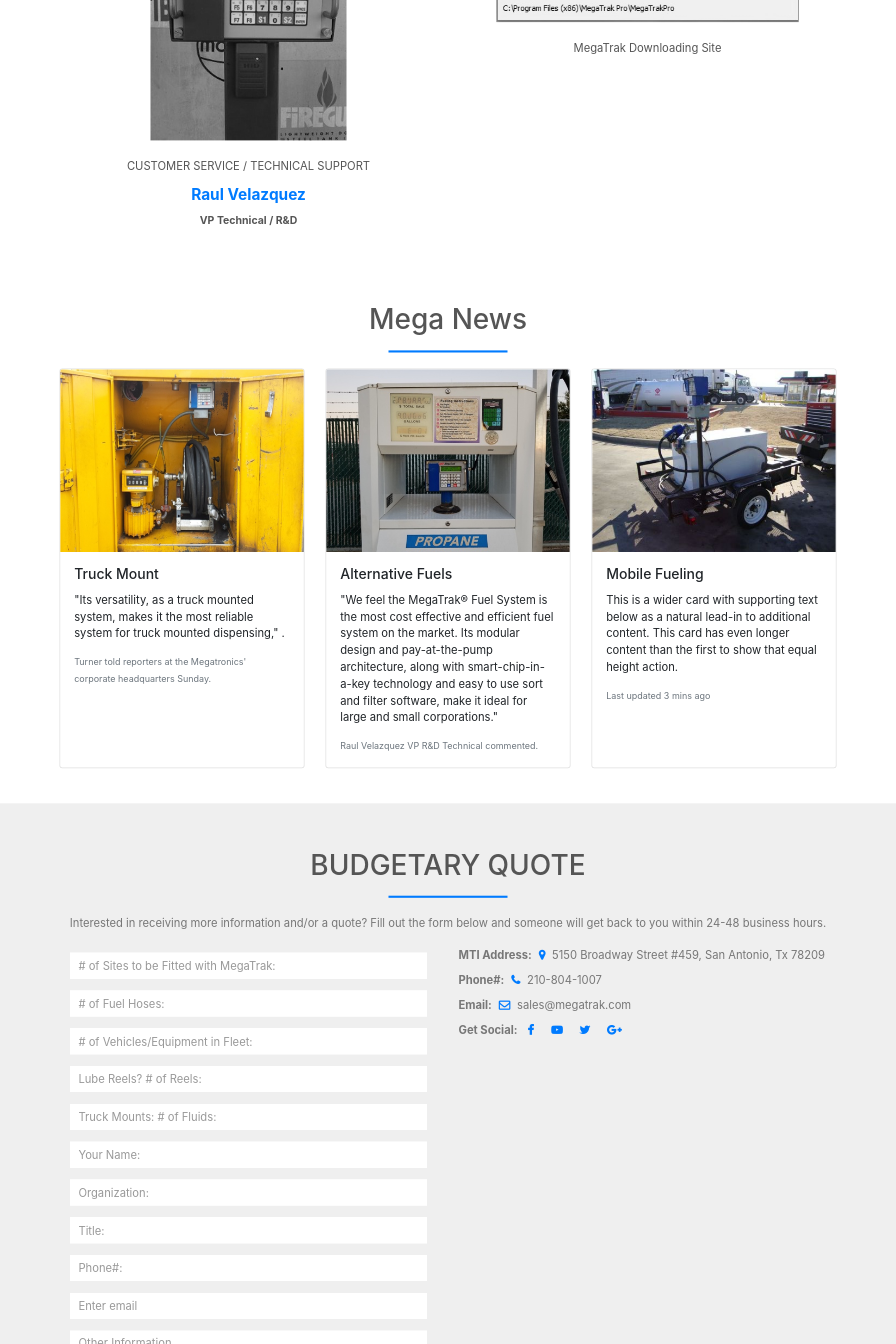
Repository: navegantemx/MegaTrak-Milestone-Project
Page: index.html
The author's editor kept a record of every edit. The page is drawn from the files as they stood at one moment, then again after the next edit.
The browser window is 1280 px wide. The pictures show the part of the page from y = 2292 to 4212 px (the page is 4473 px tall), at 70% of full size.
Backgrounds fixed to the window are drawn as part of the page.

Above is the page before.

### index.html
<!DOCTYPE html>
<html lang="en">
<head>
    <meta charset="UTF-8">
    <meta name="viewport" content="width=device-width, initial-scale=1.0">
    <meta http-equiv="X-UA-Compatible" content="ie=edge">
    <link rel="stylesheet" href="https://stackpath.bootstrapcdn.com/bootstrap/4.3.1/css/bootstrap.min.css" type="text/css" />
    <link rel="stylesheet" href="https://stackpath.bootstrapcdn.com/font-awesome/4.7.0/css/font-awesome.min.css" type="text/css" />
    <script src="https://code.jquery.com/jquery-3.3.1.slim.min.js"></script>
    <script src="https://cdnjs.cloudflare.com/ajax/libs/popper.js/1.14.7/umd/popper.min.js"></script>
    <script src="https://stackpath.bootstrapcdn.com/bootstrap/4.3.1/js/bootstrap.min.js"></script>
    <link rel="stylesheet" href="assets/css/style.css" type="text/css" />
    <title>MegaTrak - Automated Fuel Systems</title>
</head>
<body>

    <!-----------------------Web design idea taken from YouTube channel "Easy Tutorials" ------------>

    <!--------- "Navbar" feature was found in https://getbootstrap.com/docs/4.1/components/navbar --------->

    <!-----------------------Navigation Bar------------>

    <section id="nav-bar">
        <nav class="navbar navbar-expand-lg navbar-light">
            <a class="navbar-brand" href="#"><img src="assets/images/mt-logo.png"></a>
            <button class="navbar-toggler" type="button" data-toggle="collapse" data-target="#navbarNav" aria-controls="navbarNav" aria-expanded="false" aria-label="Toggle navigation">
            <span class="navbar-toggler-icon"></span></button>
            <div class="collapse navbar-collapse" id="navbarNav">
                <ul class="navbar-nav ml-auto"
                    <li class="nav-item">
                        <a class="nav-link" href="#top">HOME</a>
                    </li>
                    <li class="nav-item">
                        <a class="nav-link" href="#solutions">SOLUTIONS</a>
                    </li>
                    <li class="nav-item">
                        <a class="nav-link" href="#products">PRODUCTS</a>
                    </li>
                    <li class="nav-item">
                        <a class="nav-link" href="#support">SUPPORT</a>
                    </li>
                    <li class="nav-item">
                        <a class="nav-link" href="#news">NEWS</a>
                    </li>
                    <li class="nav-item">
                        <a class="nav-link" href="#contact">CONTACT</a>
                    </li>
                </ul>
            </div>
        </nav>
    </section>

    <!--------- ""Carousel" feature was found in Bootstrap 4.1 https://getbootstrap.com/docs/4.1/components/carousel --------->

    <!-----------------------Slider------------>

    <div id="slider">
        <div id="headerSlider" class="carousel slide" data-ride="carousel">
            <ol class="carousel-indicators">
                <li data-target="#headerSlider" data-slide-to="0" class="active"></li>
                <li data-target="#headerSlider" data-slide-to="1"></li>
                <li data-target="#headerSlider" data-slide-to="2"></li>
            </ol>
            <div class="carousel-inner">
                <div class="carousel-item active">
                    <img class="d-block img-fluid" src="assets/images/banner1.jpg">
                    <div class="carousel-caption">
                        <h5>CITIES AND COUNTIES</h5>
                    </div>
                </div>
                <div class="carousel-item">
                    <img class="d-block img-fluid" src="assets/images/banner2.jpg">
                    <div class="carousel-caption">
                        <h5>QUARRIES</h5>
                    </div>
                </div>
                <div class="carousel-item">
                    <img class="d-block img-fluid" src="assets/images/banner3.jpg">
                    <div class="carousel-caption">
                        <h5>TRANSPORTATION</h5>
                    </div>
                </div>
            </div>
            <a class="carousel-control-prev" href="#headerSlider" role="button" data-slide="prev">
                <span class="carousel-control-prev-icon" aria-hidden="true"></span>
                <span class="sr-only">Previous</span>
            </a>
            <a class="carousel-control-next" href="#headerSlider" role="button" data-slide="next">
                <span class="carousel-control-next-icon" aria-hidden="true"></span>
                <span class="sr-only">Next</span>
            </a>
        </div>
    </div>

    <!-----------------------Solutions------------>

    <section id="solutions">
        <div class="container">
            <div class="row">
                <div class="col-md-6">
                    <h2>MegaTrak® Solutions</h2>
                    <div class="about-content">
                        The MegaTrak® Automated Fuel System Hardware is designed with direct, single-hose, pay at the pump architecture, like retail.
                        Competitor's console driven systems lose all hose accountability when communications and/or the console fails.
                        MegaTrak® allows you to move to the next hose or exchange the fuel control unit (MCU) with another.
                        Spare units are also available.
                    </div>
                    <button type="button" class="btn btn-primary">Read more>>
                    </button>
                </div>
                <div class="col-md-6 skills-bar">
                    <p>Vehicle Control Module</p>
                    <div class="progress">
                        <div class="progress-bar" style="width: 80%;">80%</div>
                    </div>
                    <p>Mobile Truck Mounts</p>
                    <div class="progress">
                        <div class="progress-bar" style="width: 85%;">85%</div>
                    </div>
                    <p>Multi-Product Dispenser</p>
                    <div class="progress">
                        <div class="progress-bar" style="width: 75%;">75%</div>
                    </div>
                    <p>Fuel Accounting</p>
                    <div class="progress">
                        <div class="progress-bar" style="width: 50%;">50%</div>
                    </div>
                    <p>Preventive Maintenance</p>
                    <div class="progress">
                        <div class="progress-bar" style="width: 60%;">60%</div>
                    </div>
                </div>
            </div>
        </div>
    </section>

    <!-----------------------Products------------>

    <section id="products">
        <div class="container">
            <h1>Our Products</h1>
            <div class="row products">
                <div class="col-md-3 text-center">
                    <div class="icon">
                        <i class="fa fa-bus"></i>
                    </div>
                    <h3>MegaTrak® Series 9000</h3>
                    <p>MegaTrak® proudly presents the MegaTrak® Series 9000,
                    the latest and most advanced single-hose fuel controller (MCU) designed for fleet fueling today.</p>
                </div>
                <div class="col-md-3 text-center">
                    <div class="icon">
                        <i class="fa fa-cloud-upload"></i>
                    </div>
                    <h3>Cloud Services-Odom Capture</h3>
                    <p>The MegaTrak® approach is to remove the costly, complex radio components and return to a simpler,
                    more positive method of communication.</p>
                </div>
                <div class="col-md-3 text-center">
                    <div class="icon">
                        <i class="fa fa-clock-o"></i>
                    </div>
                    <h3>Gates & Doors Control</h3>
                    <p>Why hassle over trying to find a gate controller AND a fuel system, when the MegaTrak® Series 9000 can do it all?!</p>
                </div>
                <div class="col-md-3 text-center">
                    <div class="icon">
                        <i class="fa fa-signal"></i>
                    </div>
                    <h3>Cellular and WiFi Communications</h3>
                    <p>Cellular GPRS Radio Supported and networking using WiFi (802.11x) between devices or groups of devices and a server.</p>
                </div>
            </div>
        </div>
    </section>

    <!-----------------------Support------------>

    <section id="support">
        <div class="container">
            <h1>Technical Support</h1>
            <div class="row">
                <div class="col-md-6 profile-pic text-center">
                    <div class="img-box">
                        <a href="http://megatrak.net/sites/customers" target="_blank">
                        <img src="assets/images/support1.jpg" class="img-responsive"></a>
                        <ul>
                            <a href="#"><li><i class="fa fa-facebook"></i></li></a>
                            <a href="#"><li><i class="fa fa-twitter"></i></li></a>
                            <a href="#"><li><i class="fa fa-linkedin"></i></li></a>
                        </ul>
                    </div>
                        <br>
                        <P>CUSTOMER SERVICE / TECHNICAL SUPPORT</P>
                        <h2>Raul Velazquez</h2>
                        <h3>VP Technical / R&D</h3>
                </div>
                <div class="col-md-6 profile-pic text-center">
                    <div class="img-box">
                        <a href="http://download.megatrak.com" target="_blank">
                        <img src="assets/images/support2.jpg" class="img-responsive"></a>
                    </div>
                    <br>
                    <P>MegaTrak Downloading Site</P>
                </div>
            </div>
        </div>
    </section>

    <!-----------------------News------------>

    <section id="news">
        <div class="container">
            <h1>Mega News</h1>
            <div class="card-deck">
                <div class="card">
                    <img src="assets/images/news1.jpg" class="card-img-top" alt="...">
                    <div class="card-body">
                        <h5 class="card-title">Truck Mount</h5>
                        <p class="card-text">"Its versatility, as a truck mounted system, makes it the most reliable system for truck mounted dispensing," .</p>
                        <p class="card-text"><small class="text-muted">Turner told reporters at the Megatronics' corporate headquarters Sunday.</small></p>
                    </div>
                </div>
                <div class="card">
                    <img src="assets/images/news2.jpg" class="card-img-top" alt="...">
                    <div class="card-body">
                        <h5 class="card-title">Alternative Fuels</h5>
                        <p class="card-text">"We feel the MegaTrak® Fuel System is the most cost effective and efficient fuel system on the market.
                        Its modular design and pay-at-the-pump architecture, along with smart-chip-in-a-key technology and easy to use sort and filter software, make it ideal for large and small corporations."</p>
                        <p class="card-text"><small class="text-muted">Raul Velazquez VP R&D Technical commented.</small></p>
                    </div>
                </div>
                <div class="card">
                    <img src="assets/images/news3.jpg" class="card-img-top" alt="...">
                    <div class="card-body">
                        <h5 class="card-title">Mobile Fueling</h5>
                        <p class="card-text">This is a wider card with supporting text below as a natural lead-in to additional content. This card has even longer content than the first to show that equal height action.</p>
                        <p class="card-text"><small class="text-muted">Last updated 3 mins ago</small></p>
                    </div>
                </div>
            </div>
        </div>
    </section>


   <!-----------------------Contact------------>

    <section id="contact">
        <div class="container">
            <br>
            <h1>BUDGETARY QUOTE</h1>
            <p class="text-center">Interested in receiving more information and/or a quote? Fill out the form below and someone will get back to you within 24-48 business hours.</p>
            <div class="row">
                <div class="col-md-6">
                    <form class="contact-form">
                        <div class="form-group">
                            <input type="number" class="form-control" placeholder="# of Sites to be Fitted with MegaTrak:" required>
                        </div>
                        <div class="form-group">
                             <input type="number" class="form-control" placeholder="# of Fuel Hoses:" required>
                        </div>
                        <div class="form-group">
                             <input type="number" class="form-control" placeholder="# of Vehicles/Equipment in Fleet:" required>
                        </div>
                        <div class="form-group">
                            <input type="number" class="form-control" placeholder="Lube Reels? # of Reels:" required>
                        </div>
                        <div class="form-group">
                            <input type="number" class="form-control" placeholder="Truck Mounts: # of Fluids:" required>
                        </div>
                        <div class="form-group">
                            <input type="text" class="form-control" placeholder="Your Name:" required>
                        </div>
                        <div class="form-group">
                            <input type="text" class="form-control" placeholder="Organization:" required>
                        </div>
                        <div class="form-group">
                            <input type="text" class="form-control" placeholder="Title:" required>
                        </div>
                        <div class="form-group">
                            <input type="number" class="form-control" placeholder="Phone#:" required>
                        </div>
                        <div class="form-group">
                            <input type="email" class="form-control" id="exampleInputEmail1" aria-describedby="emailHelp" placeholder="Enter email" required>
                        </div>
                        <div class="form-group">
                            <textarea class="form-control" rows="4" placeholder="Other Information"></textarea>
                        </div>
                        <button type="submit" class="btn btn-primary">SUBMIT</button>
                    </form>
                </div>
                <div class="col-md-6 contact-info">
                    <div class="follow"><b>MTI Address:</b><i class="fa fa-map-marker"></i>5150 Broadway Street #459, San Antonio, Tx 78209</div>
                    <div class="follow"><b>Phone#:</b><i class="fa fa-phone"></i>210-804-1007</div>
                    <div class="follow"><b>Email:</b><i class="fa fa-envelope-o"></i>sales@megatrak.com</div>
                    <div class="follow"><label><b>Get Social:</b></label>
                        <a href="#"><i class="fa fa-facebook"></i></a>
                        <a href="#"><i class="fa fa-youtube-play"></i></a>
                        <a href="#"><i class="fa fa-twitter"></i></a>
                        <a href="#"><i class="fa fa-google-plus"></i></a>
                    </div>
                </div>
            </div>
        </div>
    </section>

    <!-----------------------Footer------------>

    <section id="footer">
        <div class="container text-center">
            <p>© Copyright MegaTronics International Corp. 1994-2019. All Rights Reserved</p>
        </div>
    </section>

    <!-----------------------Footer End------------>

    <!--------- ""smooth scroll JavaScript function from https://github.com/cferdinandi/smooth-scroll --------->

    <script src="libraries/smooth-scroll.js"></script>
    <script>var scroll = new SmoothScroll('a[href*="#"]');</script>
</body>
</html>

### assets/css/style.css
*
{
    margin: 0;
    padding: 0;
}

/* -------------------------------------navigation */

#nav-bar
{
    position: sticky;
    top: 0;
    z-index: 10;
}

.navbar-brand img
{
    height: 80px;
    width: 90%;
    padding-left: 0;
}

.navbar-nav li
{
    padding: 0 10px;
}

.navbar-nav li a
{
    float: right;
    text-align: left;
}

#nav-bar ul li a:hover{
    color: #007bff!important;
}

.navbar
{
    background: #fff;
}

.navbar-toggler
{
    border: none!important;
}

.nav-link
{
    color: #555!important;
    font-weight: 600;
    font-size: 16px;
}

/* -------------------------------------Slider */

.img-fuid

{
    background: cover;
}

.carousel-caption
{
    top: 60%;
    transform: translateY (-50%);
    bottom: initial!important;
}

.carousel-caption h5
{
    color: #fff;
    font-size: 42px;
}

/* -------------------------------------Solutions */

#solutions
{
    padding-top: 100px;
    padding-bottom: 140px;
    color: #555;
}

#solutions .btn
{
    margin-top: 20px;
    margin-bottom: 30px;
}

.about-content
{
    padding-top: 20px;
}

.skills-bar p
{
    margin-bottom: 6px;
    font-weight: 600;
}

.progress
{
    border-radius: 16px; !important;
    margin-bottom: 20px;
}

.progress-bar
{
    border-radius: 16px;
}

/* -------------------------------------Products */


#products
{
    background-image: url(../images/products1.jpg);
    background-size: cover;
    background-position: center;
    color: #efefef !important;
    background-attachment: fixed;
    padding-top: 50px;
    padding-bottom: 50px;
}

#products h1
{
    text-align: center;
    color: #efefef !important;
    padding-bottom: 10px;
}

#products h1::after
{
    content: '';
    background: #efefef;
    display: block;
    height: 3px;
    width: 170px;
    margin: 20px auto 5px;
}

.products
{
    margin-top: 40px;
}

.icon
{
    font-size: 40px;
    margin: 20px auto;
    padding: 20px;
    height: 80px;
    width: 80px;
    border:1px solid #fff;
    border-radius: 50%;
}

#products p
{
    font-size: 14px;
    margin-top: 20px;
    color: #ccc;
}

.products .col-md-3:hover{
    background: #007bff;
    cursor: pointer;
    transition: 0.7s;
}

/* -------------------------------------Support */

#support
{
    padding-top: 50px;
    padding-bottom: 50px;
    color: #555;
}

h1
{
    text-align: center;
    color: #555 !important;
    padding-bottom: 10px;
}

h1::after
{
    content: '';
    background: #007bff;
    display: block;
    height: 3px;
    width: 170px;
    margin: 20px auto 5px;
}

.profile-pic
{
    margin-top: 25px;
}

.profile-pic .img-box
{
    opacity: 1;
    display: block;
    position: relative;
}

.profile-pic .img-box img
{
    filter: grayscale(1);
}

.profile-pic .img-box img:hover
{
    filter: grayscale(0);
    cursor: pointer;
}

.profile-pic h2
{
    font-size: 22px;
    font-weight: bold;
    margin-top: 15px;
    color: #007bff !important;
}

.profile-pic h3
{
    font-size: 15px;
    font-weight: bold;
    margin-top: 15px;
}

#support .fa
{
    height: 25px;
    width: 25px;
    color: #007bff !important;
    background: #fff;
    padding: 4px;
    border-radius: 50%;
}

.img-box ul
{
    padding: 15px 0;
    position: absolute;
    z-index: 2;
    bottom: 0;
    left: 50%;
    transform: translateX(-50%);
    opacity: 0;
}

.img-box ul li
{
    padding:5px;
    display: inline-block;
}

.img-box:hover ul

{
    opacity: 1;
}

.img-box ul, .img-box ul li
{
    transition: 0.5s;
}

/* -------------------------------------News */

#news
{
    padding-top: 50px;
    padding-bottom: 50px;
}


/* -------------------------------------Contact */

#contact
{
    background: #efefef;
    padding-top: 40px;
    padding-bottom: 40px;
    color: #777;
}

.contact-form
{
    padding: 15px;
}

.form-control
{
    border-radius: 0 !important;
    border: none !important;
}

::placeholder
{
    color: #999 !important;
}

.contact-info .fa
{
    margin: 10px;
    color: #007bff;
    font-weight: bold;
}

/* -------------------------------------Footer */

#footer
{
    background: #333;
    color: #fff;
    padding: 12px;
}

Loaded but not shown: libraries/smooth-scroll.js (645 lines, source omitted)

After the next edit:
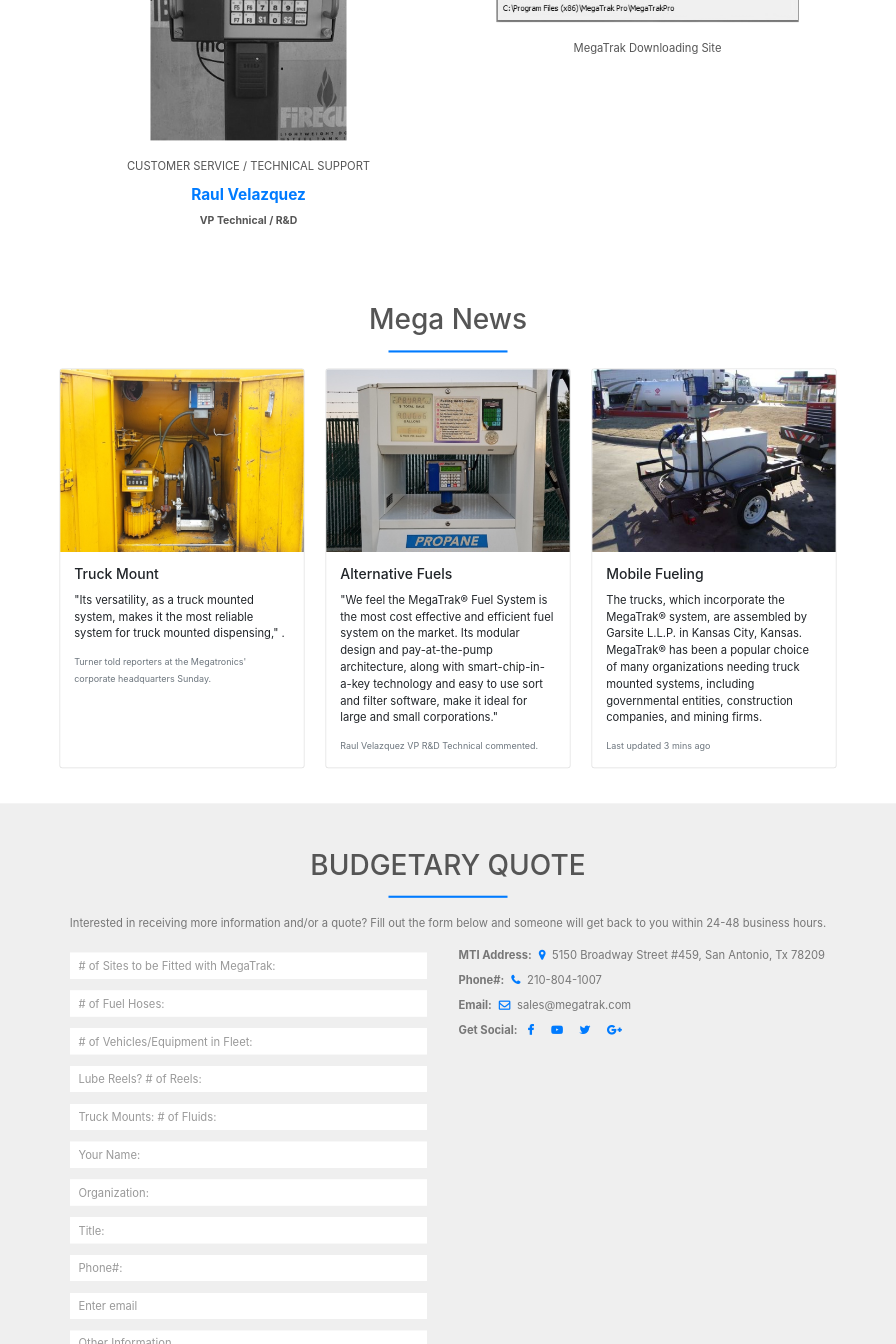
The edit:
--- a/index.html
+++ b/index.html
@@ -234,7 +234,8 @@
                     <img src="assets/images/news3.jpg" class="card-img-top" alt="...">
                     <div class="card-body">
                         <h5 class="card-title">Mobile Fueling</h5>
-                        <p class="card-text">This is a wider card with supporting text below as a natural lead-in to additional content. This card has even longer content than the first to show that equal height action.</p>
+                        <p class="card-text">The trucks, which incorporate the MegaTrak® system, are assembled by Garsite L.L.P. in Kansas City, Kansas.
+                        MegaTrak® has been a popular choice of many organizations needing truck mounted systems, including governmental entities, construction companies, and mining firms.</p>
                         <p class="card-text"><small class="text-muted">Last updated 3 mins ago</small></p>
                     </div>
                 </div>
